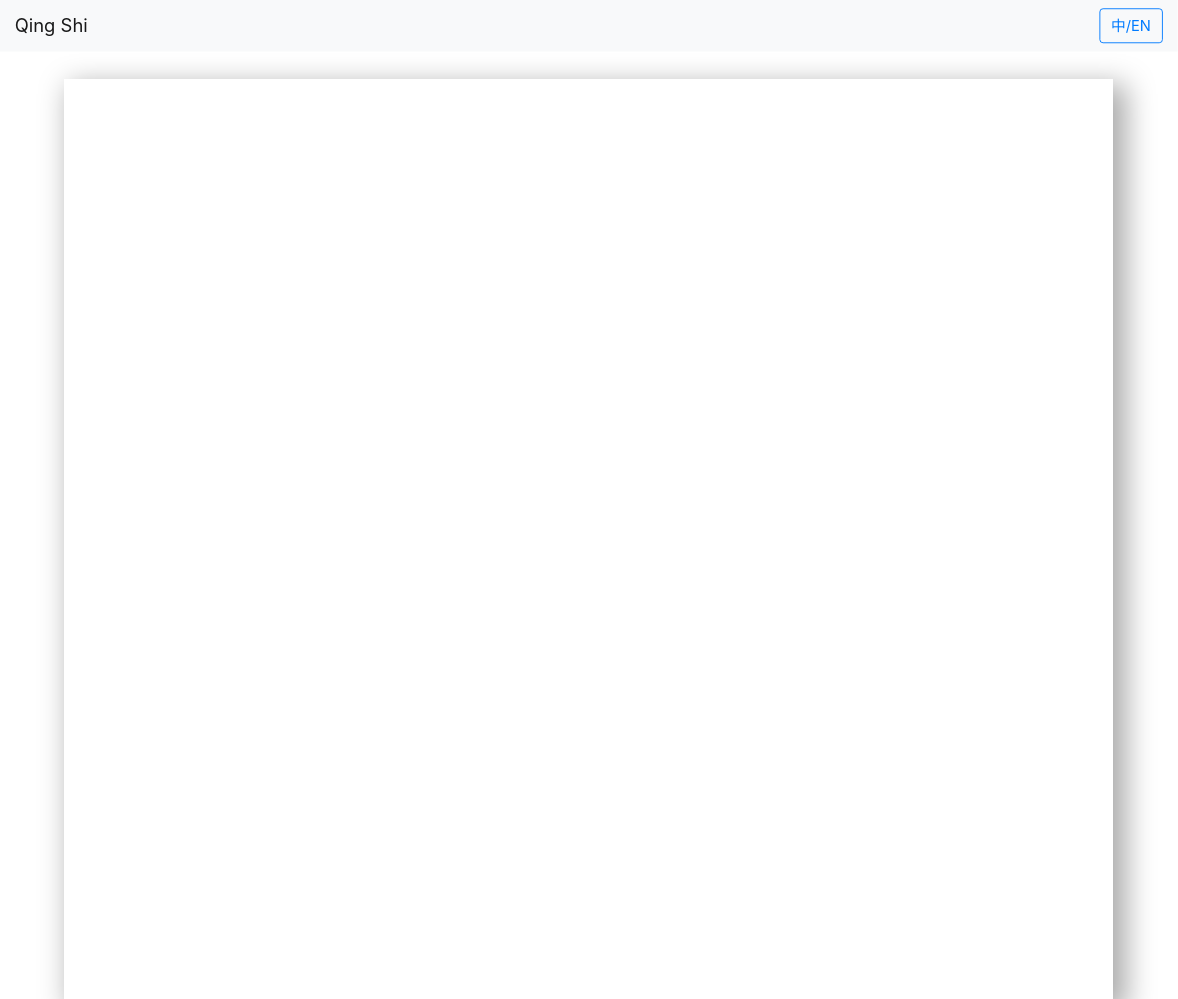
Repository: sqsssq/webpage
Page: index.html
The author's editor kept a copy of each file at every save. The page is drawn from the files as they stood at one save, then again after the next save.
The browser window is 1280 px wide. The pictures show the whole page, at 92% of full size.
Some web libraries are served in a nearby version.

Above is the page before, as saved 2022-03-27 20:45:25.

### index.html
<!--
 * @Author: Qing Shi
 * @LastEditTime: 2022-03-27 20:43:20
 * @Knowledge:
 * @Description: my homepage
 * @Attention:
-->
<!doctype html>
<html lang="zh-CN">

<head>
    <!-- 必须的 meta 标签 -->
    <meta charset="utf-8">
    <meta name="viewport" content="width=device-width, initial-scale=1, shrink-to-fit=no">
    <title>Qing Shi</title>

    <!-- 新 Bootstrap4 核心 CSS 文件 -->
    <link rel="stylesheet" href="https://cdn.staticfile.org/twitter-bootstrap/4.3.1/css/bootstrap.min.css">

    <!-- jQuery文件。务必在bootstrap.min.js 之前引入 -->
    <script src="https://cdn.staticfile.org/jquery/3.2.1/jquery.min.js"></script>

    <!-- bootstrap.bundle.min.js 用于弹窗、提示、下拉菜单，包含了 popper.min.js -->
    <script src="https://cdn.staticfile.org/popper.js/1.15.0/umd/popper.min.js"></script>

    <!-- 最新的 Bootstrap4 核心 JavaScript 文件 -->
    <script src="https://cdn.staticfile.org/twitter-bootstrap/4.3.1/js/bootstrap.min.js"></script>

    <link rel="stylesheet" href="css/index.css">
    <link rel="shortcut icon" href="icon/bitbug_favicon.ico" />
</head>

<body>

    <nav class="navbar navbar-light bg-light">
        <a class="navbar-brand" href="#">
            Qing Shi
        </a>

        <button type="button" class="btn btn-outline-primary">中/EN</button>
    </nav>

    <div class="container framework">
        <!-- Image and text -->
    </div>
</body>

</html>

### css/index.css
* {
    margin: 0;
    padding: 0;
}

body {
    /* font-family:Georia,serif; */
    background: #ffffff;
    /* font-weight:bold; */
    /* font-size:15px; */
    /* color:#333;
    overflow: hidden; */
    -webkit-font-smoothing: antialiased;
}

.framework {
    height: 1000px;
    margin-top: 30px;
    /* border-color: black; */
    /* border-width: 3px; */
    /* border-style: solid; */
    box-shadow: darkgrey 10px 10px 30px 5px ;
}


/*chrome--------------------------------------------start*/
::-webkit-scrollbar {
    width: 8px;
    height: 8px;
}

/* Track */
::-webkit-scrollbar-track {
    background: #ffffff;
    border-radius: 8px;
}

/* Handle */
::-webkit-scrollbar-thumb {
    background: rgb(201, 201, 202);
    border-radius: 8px;
}

/* Handle on hover */
::-webkit-scrollbar-thumb:hover {
    background: rgb(162, 162, 163);
}

.el-menu::-webkit-scrollbar,
.el-table__body-wrapper::-webkit-scrollbar {
    display: none;
}

.el-menu:hover::-webkit-scrollbar,
.el-table__body-wrapper:hover::-webkit-scrollbar {
    display: block;
}

/*chrome--------------------------------------------end*/

After the next save:
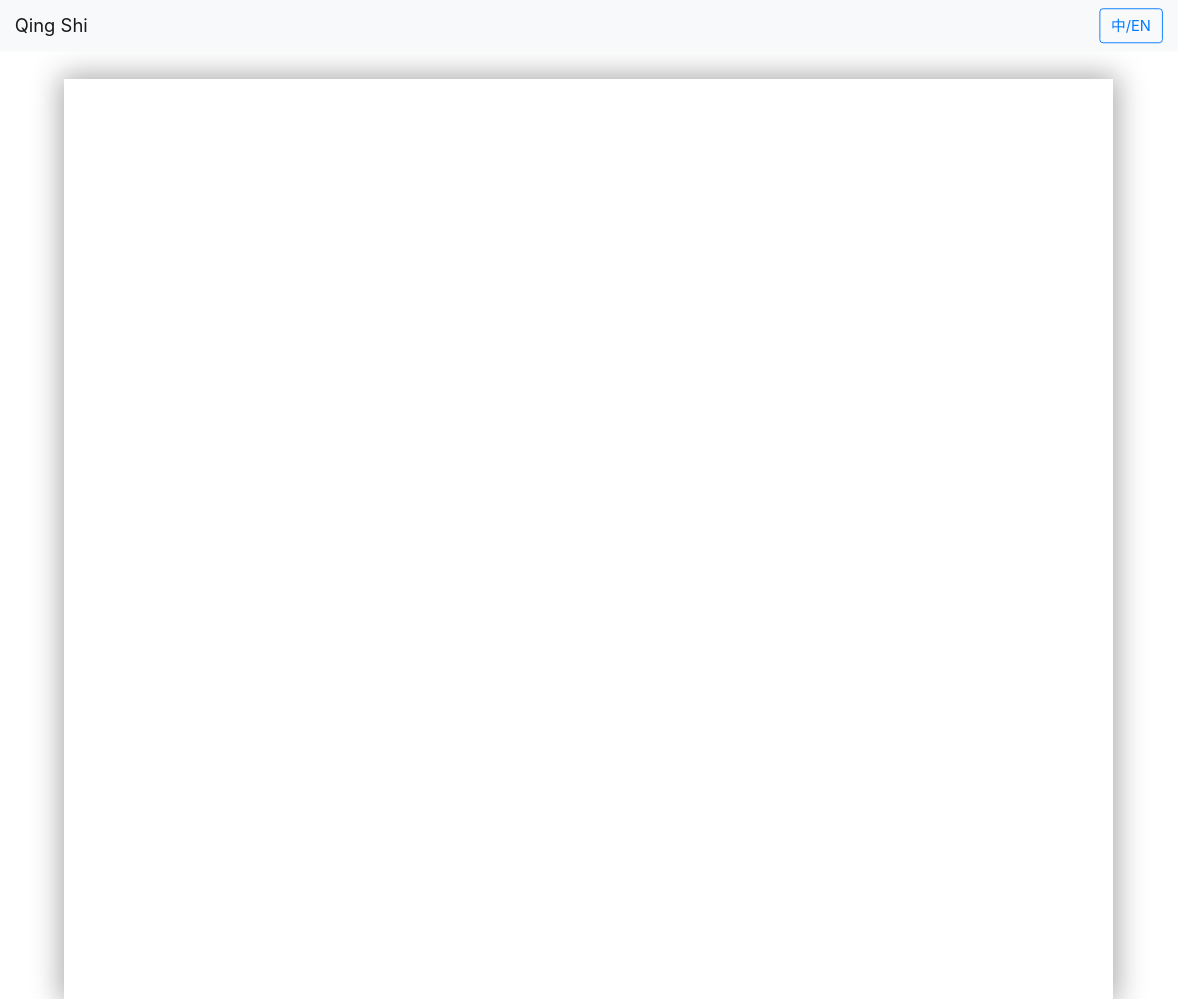
Saved 40 s later.
--- a/css/index.css
+++ b/css/index.css
@@ -19,7 +19,7 @@ body {
     /* border-color: black; */
     /* border-width: 3px; */
     /* border-style: solid; */
-    box-shadow: darkgrey 10px 10px 30px 5px ;
+    box-shadow: darkgrey 0px 0px 30px 5px ;
 }
 
 
